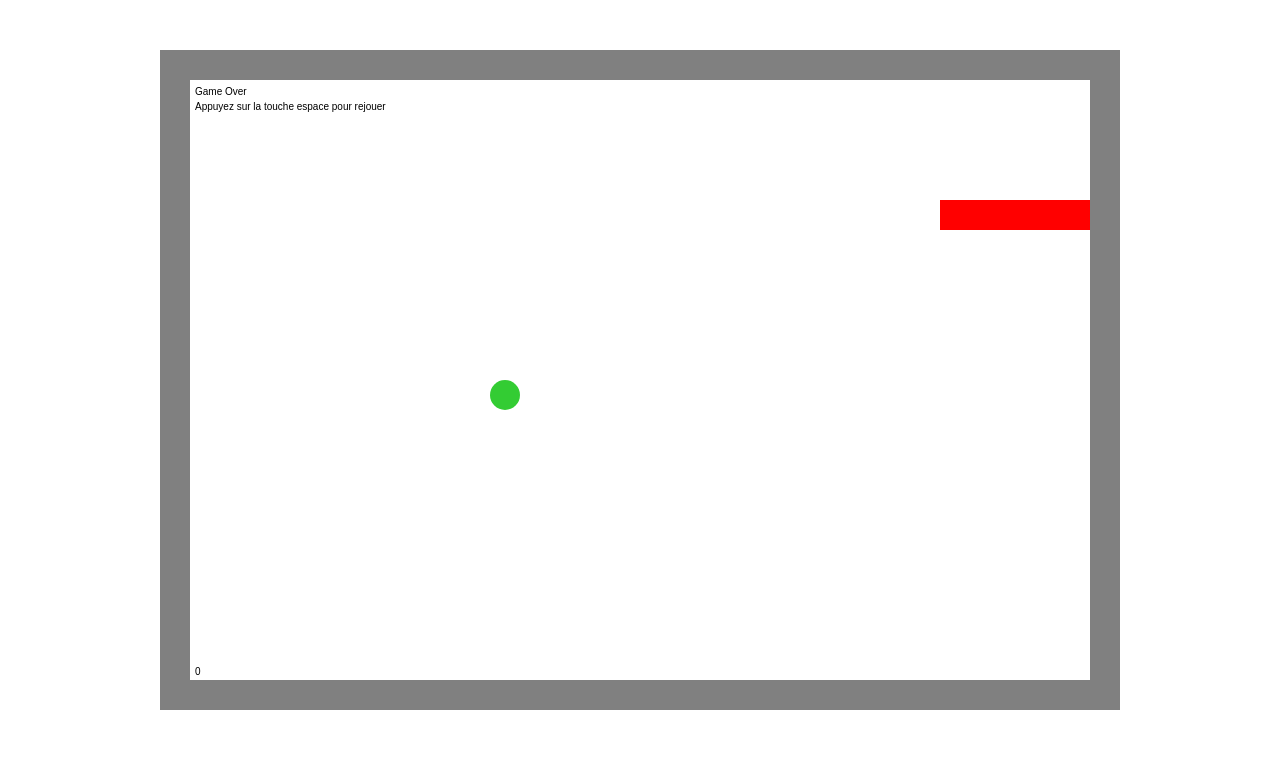
Repository: Loetitia27006/snake
Page: index.html
The author's editor kept a copy of each file at every save. The page is drawn from the files as they stood at one save, then again after the next save.
The browser window is 1280 px wide. The pictures show the whole page.

Above is the page before, as saved 2023-03-24 16:23:19.

After the next save:
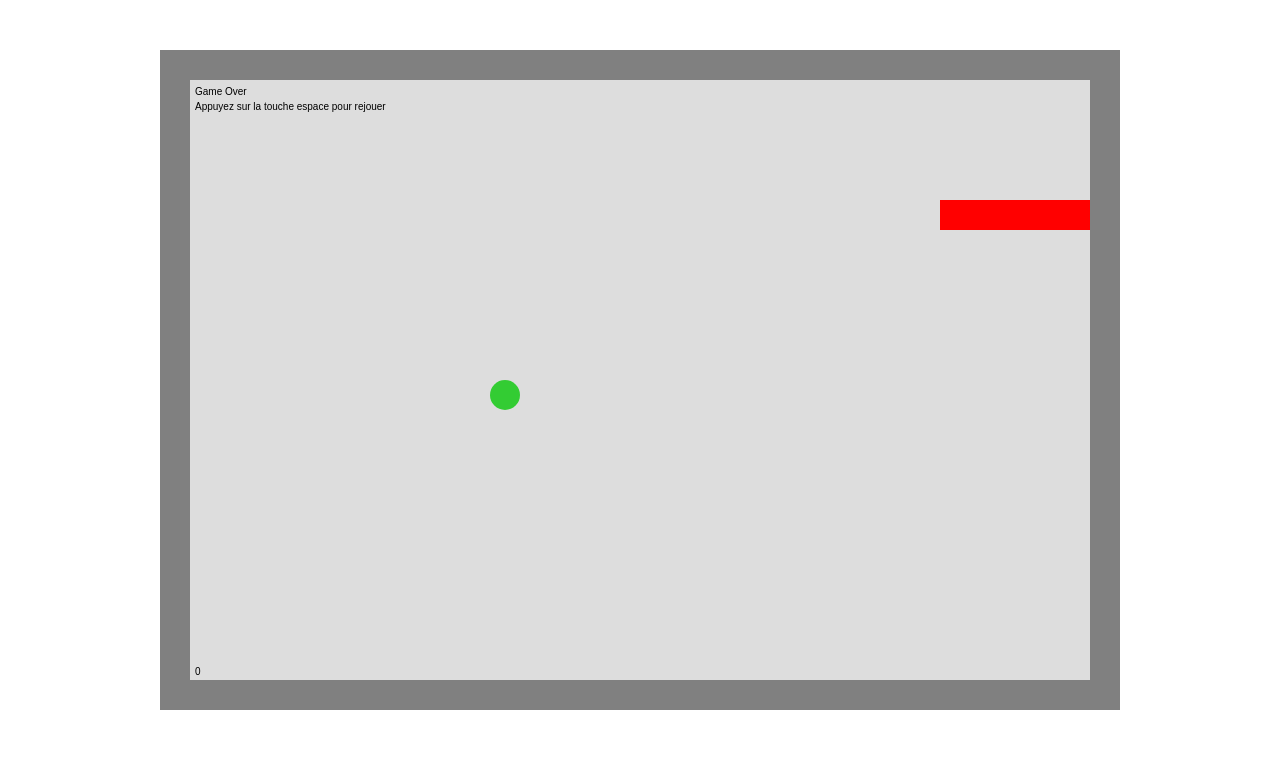
Saved 67 s later.
--- a/script.js
+++ b/script.js
@@ -19,6 +19,7 @@ window.onload = function () {
     canvas.style.border = "30px solid gray";
     canvas.style.margin = "50px auto";
     canvas.style.display = "block";
+    canvas.style.backgroundColor = "#ddd";
     document.body.appendChild(canvas);
     ctx = canvas.getContext("2d");
     snakee = new Snake([[6, 4],[5, 4],[4, 4],[3, 4], [2, 4]], "right");
